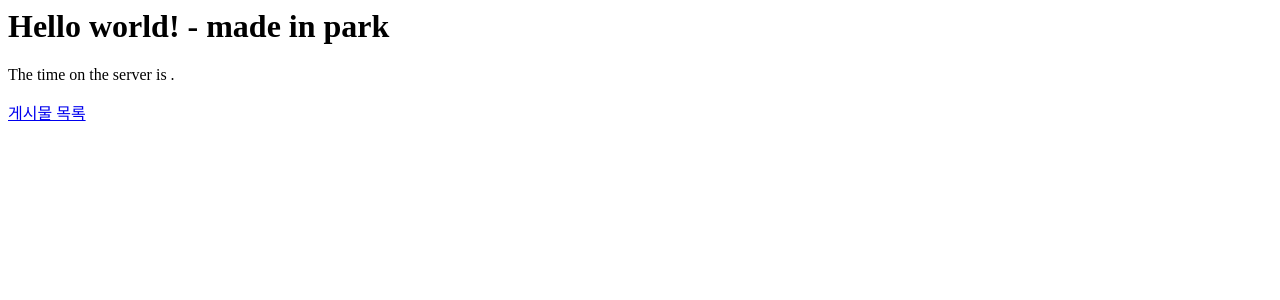
Repository: kuni0829/board
Page: http://localhost/board/WEB-INF/views/home.jsp
These files come from the project's save history. The page is drawn as it stood at one moment and after the next save; the edit follows.
The browser window is 1280 px wide. The pictures show the whole page.
The page is served by Tomcat 9. Nobody is signed in. The template is opened directly, without the code that normally fills it, so the values that code supplies are empty.

Above is the page before, as saved 2022-08-31 04:49:49.

After the next save:
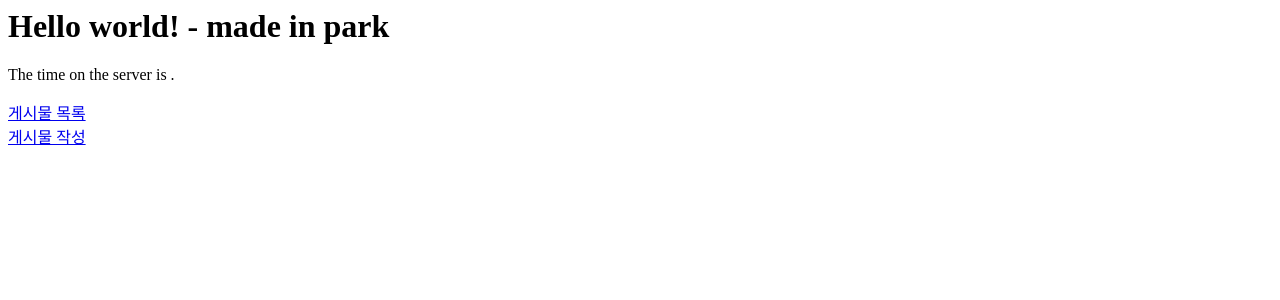
Saved 98 s later.
--- a/workspace/board/src/main/webapp/WEB-INF/views/home.jsp
+++ b/workspace/board/src/main/webapp/WEB-INF/views/home.jsp
@@ -11,6 +11,10 @@
 </h1>
 
 <P>  The time on the server is ${serverTime}. </P>
-<p><a href="/board/list">게시물 목록</a></p>
+<p>
+	<a href="/board/list">게시물 목록</a><br/>
+	<a href="/board/write">게시물 작성</a>
+
+</p>
 </body>
 </html>
